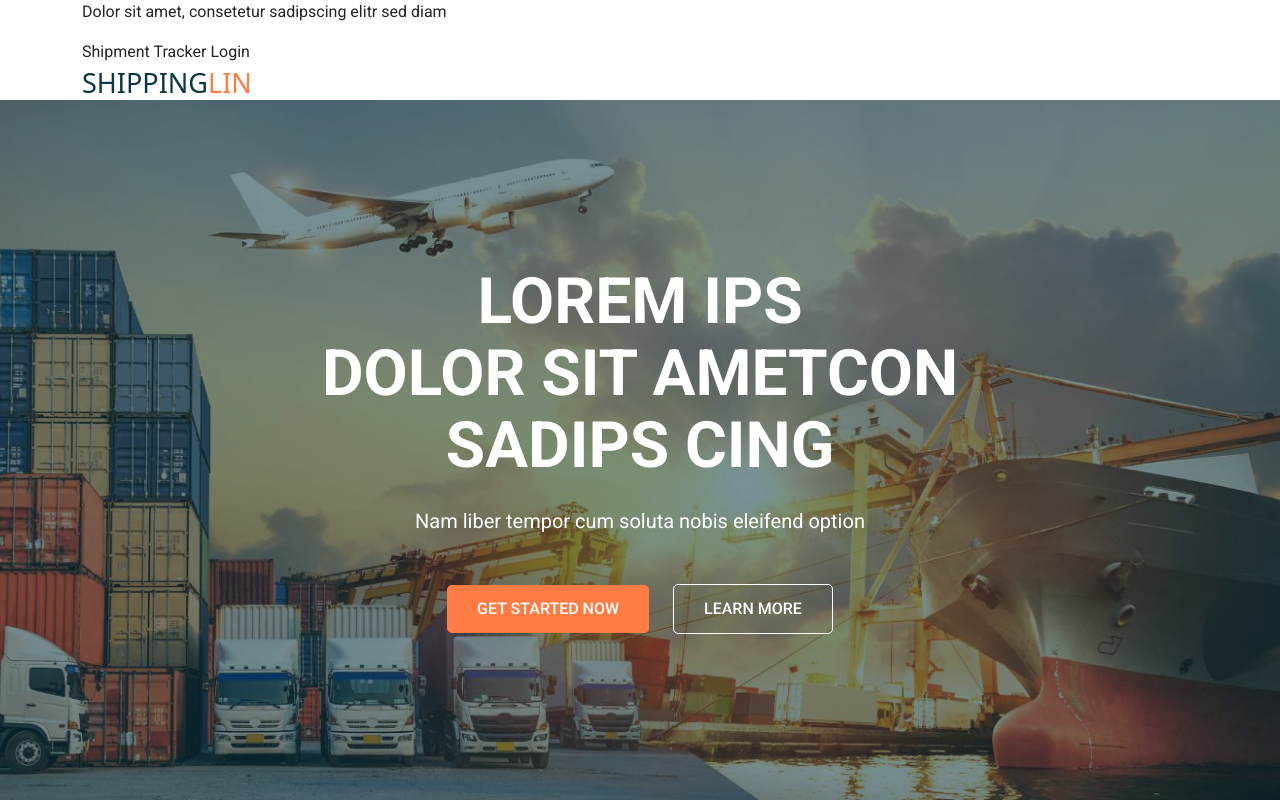
Repository: nazmulalok/shipping-template
Page: index.html
An editor plug-in stored every save of this project. The page is shown before and after the next save, followed by the edit.
The browser window is 1280 px wide. The pictures show the whole page.

Above is the page before, as saved 2022-10-03 10:26:33.

### index.html
<!DOCTYPE html>
<html lang="en">

    <head>
        <meta charset="UTF-8">
        <meta http-equiv="X-UA-Compatible" content="IE=edge">
        <meta name="viewport" content="width=device-width, initial-scale=1.0">
        <link rel="preconnect" href="https://fonts.googleapis.com">
        <link rel="preconnect" href="https://fonts.gstatic.com" crossorigin>
        <link
            href="https://fonts.googleapis.com/css2?family=Roboto:ital,wght@0,300;0,400;0,500;0,700;0,900;1,300;1,400;1,500;1,700;1,900&display=swap"
            rel="stylesheet">
        <link href="https://cdn.jsdelivr.net/npm/bootstrap@5.2.1/dist/css/bootstrap.min.css" rel="stylesheet"
            integrity="sha384-iYQeCzEYFbKjA/T2uDLTpkwGzCiq6soy8tYaI1GyVh/UjpbCx/TYkiZhlZB6+fzT" crossorigin="anonymous">
        <link rel="stylesheet" href="style.css">
        <title>Document</title>
    </head>

    <body>
        <header class="header-top">
            <div class="container">
                <div class="header-top">
                    <p>Dolor sit amet, consetetur sadipscing elitr sed diam</p>
                    <div>
                        <span>Shipment Tracker</span>
                        <span>Login</span>
                    </div>
                </div>
                <div class="header-area">
                    <div class="logo">
                        <img src="images/shipping-logo.svg" alt="Shipping Logo">
                    </div>
                </div>
            </div>
        </header>
        <!-- Slider -->
        <section>
            <div class="main-slider">
                <div class="container">
                    <div class="slide-content">
                        <div class="slide-text">
                            <div class="slider-title mb-4">Lorem ips<br>
                                dolor sit ametcon<br>
                                sadips cing</div>
                            <p>Nam liber tempor cum soluta nobis eleifend option</p>
                            <div class="sliderBtn mt-5"><a class="common-btn me-4" href="#">Get Started Now</a><a
                                    class="common-btn outline-btn" href="#">Learn More</a></div>
                        </div>
                    </div>
                </div>
            </div>
        </section>














        <script src="https://cdn.jsdelivr.net/npm/@popperjs/core@2.11.6/dist/umd/popper.min.js"
            integrity="sha384-oBqDVmMz9ATKxIep9tiCxS/Z9fNfEXiDAYTujMAeBAsjFuCZSmKbSSUnQlmh/jp3"
            crossorigin="anonymous"></script>
        <script src="https://cdn.jsdelivr.net/npm/bootstrap@5.2.1/dist/js/bootstrap.min.js"
            integrity="sha384-7VPbUDkoPSGFnVtYi0QogXtr74QeVeeIs99Qfg5YCF+TidwNdjvaKZX19NZ/e6oz"
            crossorigin="anonymous"></script>
    </body>

</html>

### style.css
* {
    margin: 0;
    padding: 0;
}

:root {
    --main-color: #FF7D44;
    --secondary-color: #0B3742;
    --tertiary-color: #FFFFFF;
}

body {
    font-family: 'Roboto', sans-serif;
}

/* slider style starts */

.main-slider>* {
    z-index: 10;
}

.main-slider {
    background: url(images/shipping-banner.jpg);
    height: 700px;
    width: 100%;
    background-size: cover;
    background-repeat: no-repeat;
    background-position: center;
    position: relative;
    display: flex;
    align-items: center;
    transition: all 1s;
}

.main-slider:before {
    content: '';
    width: 100%;
    height: 100%;
    top: 0;
    left: 0;
    position: absolute;
    background-color: rgb(11 55 66 / 55%);
    z-index: 1;
}

.slide-content {
    text-align: center;
}

.slide-text {
    color: var(--tertiary-color);
}

.slider-title {
    font-size: 4rem;
    font-weight: 600;
    line-height: 4.5rem;
    text-transform: uppercase;
}

.slide-text p {
    font-size: 20px;
}

a.common-btn {
    display: inline-block;
    text-decoration: none;
    color: var(--tertiary-color);
    background: var(--main-color);
    padding: 12px 30px;
    border-radius: 5px;
    font-size: 16px;
    font-weight: 500;
    text-transform: uppercase;
    transition: all 1s ease;
}

a.common-btn:hover {
    background: var(--tertiary-color);
    color: var(--secondary-color);
}

a.common-btn.outline-btn {
    background: transparent !important;
    border: 1px solid var(--tertiary-color);
}

a.common-btn.outline-btn:hover {
    background: var(--tertiary-color) !important;
}

After the next save:
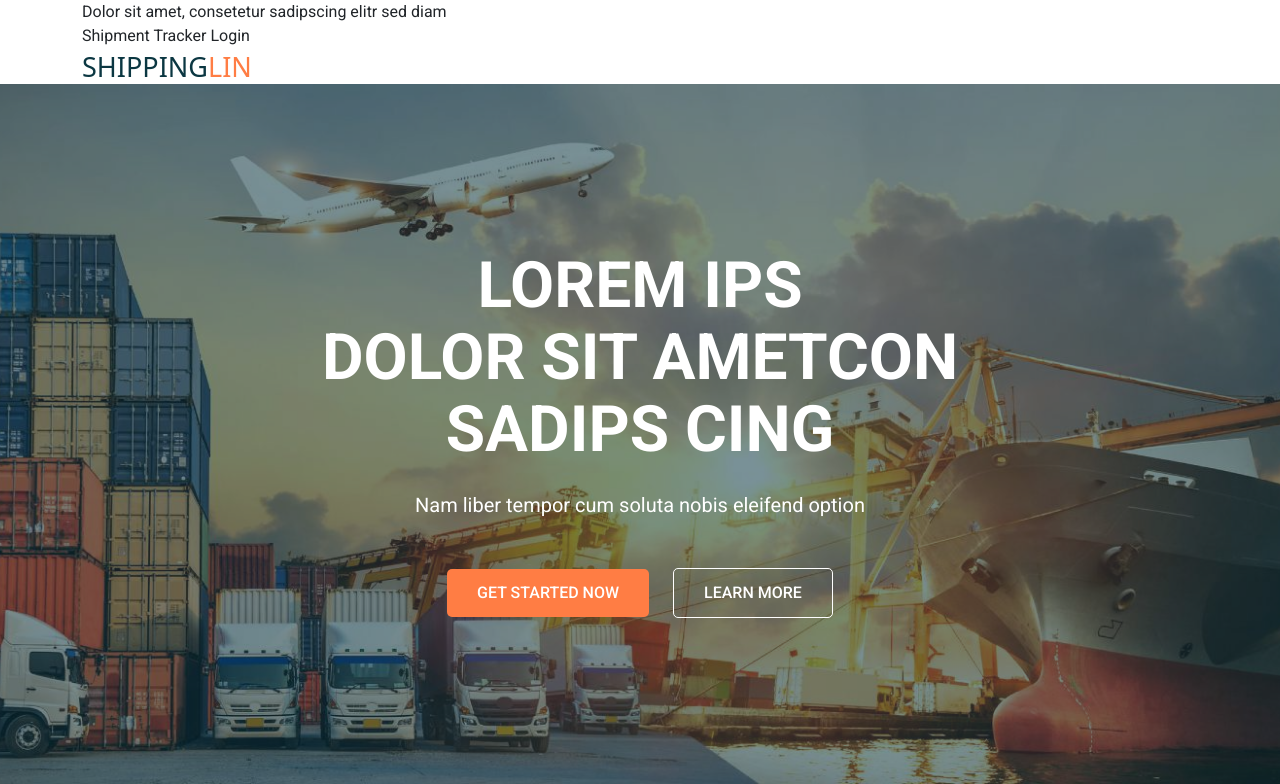
Saved 68 s later.
--- a/index.html
+++ b/index.html
@@ -19,8 +19,8 @@
     <body>
         <header class="header-top">
             <div class="container">
-                <div class="header-top">
-                    <p>Dolor sit amet, consetetur sadipscing elitr sed diam</p>
+                <div class="top-bar">
+                    <p class="m-0">Dolor sit amet, consetetur sadipscing elitr sed diam</p>
                     <div>
                         <span>Shipment Tracker</span>
                         <span>Login</span>
